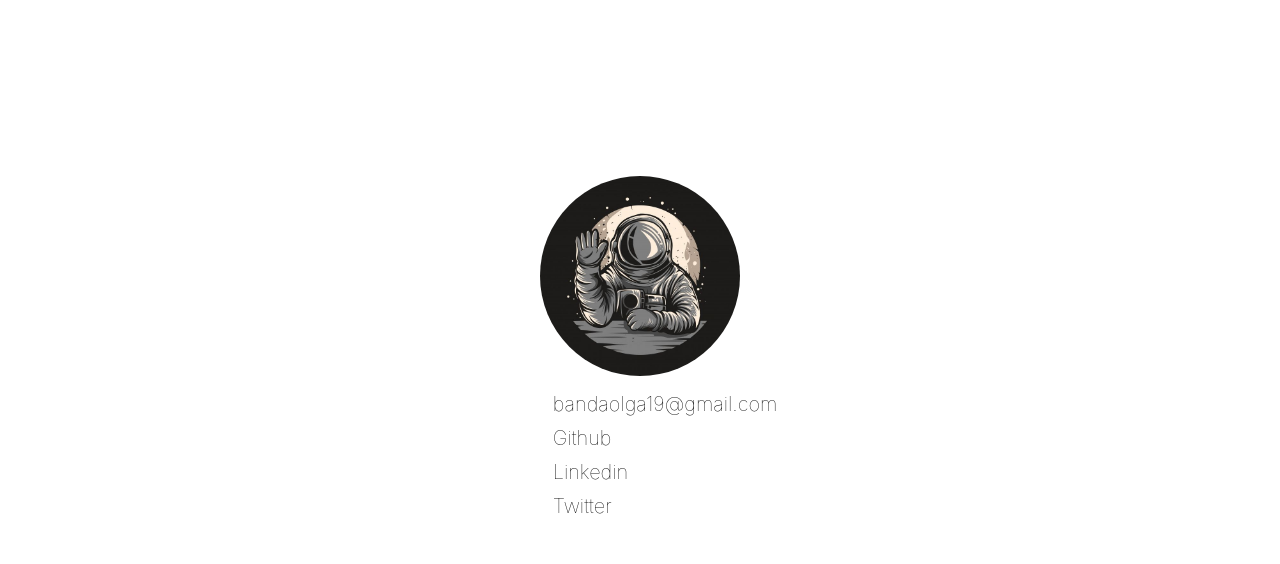
Repository: G1ft-Banda/My-portfolio-Website
Page: /
These files come from the project's save history. The page is drawn as it stood at one moment and after the next save; the edit follows.
The browser window is 1280 px wide. The pictures show the whole page.
The project was rebuilt for these pictures with package versions that can differ from the ones it lists, and the page was loaded fresh each time. The framework's server and built-in components were replaced by stand-ins that run in the browser. Also part of the build but not shown: next.config.js.

Above is the page before, as saved 2022-09-29 11:03:03.

### pages/_app.js
import "../styles/globals.css";
import Head from "next/head";

function MyApp({ Component, pageProps }) {
  return (
    <>
      <Head>
        <script
          src="https://kit.fontawesome.com/d14a45b8f3.js"
          crossorigin="anonymous"
        ></script>
      </Head>
      <Component {...pageProps} />
    </>
  );
}

export default MyApp;

### pages/index.js
import Head from "next/head";
import Image from "next/image";

export default function Home() {
  return (
    <div>
      <Head>
        <title>Create Next App</title>
        <meta name="description" content="Generated by create next app" />
        <link rel="icon" href="/favicon.ico" />
      </Head>
      <main>
        <img className="avatar" src="/astronaut.jpg" width={200} height={200} />
        <ul>
          <li className="social-links">
            <i class="fa-solid fa-envelope"></i>
            <a href="#">bandaolga19@gmail.com</a>
          </li>
          <li className="social-links">
            <i class="fa-brands fa-github"></i>
            <a href="#">Github</a>
          </li>
          <li className="social-links">
            <i class="fa-brands fa-linkedin"></i>
            <a href="#">Linkedin</a>
          </li>
          <li className="social-links">
            <i class="fa-brands fa-twitter"></i>
            <a href="#">Twitter</a>
          </li>
        </ul>
      </main>
    </div>
  );
}

### styles/globals.css
html,
body {
  padding: 0;
  margin: 0;
  font-family: -apple-system, BlinkMacSystemFont, Segoe UI, Roboto, Oxygen,
    Ubuntu, Cantarell, Fira Sans, Droid Sans, Helvetica Neue, sans-serif;
}

a {
  color: inherit;
  text-decoration: none;
}

* {
  box-sizing: border-box;
}

main {
  min-width: 100vw;
  min-height: 100vh;
  display: grid;
  place-content: center;
}

.avatar {
  border-radius: 50%;
  max-width: fit-content;
  margin: auto;
}

.social-links {
  text-decoration: none;
  font-size: 20px;
  display: flex;
  gap: 10px;
  align-items: center;
  font-weight: 100;
  padding-bottom: 10px;
}

.social-links > i {
  font-size: 25px;
}

.social-links > a:hover {
  text-decoration: underline;
}

@media (prefers-color-scheme: dark) {
  html {
    color-scheme: dark;
  }
  body {
    color: white;
    background: black;
  }
}

After the next save:
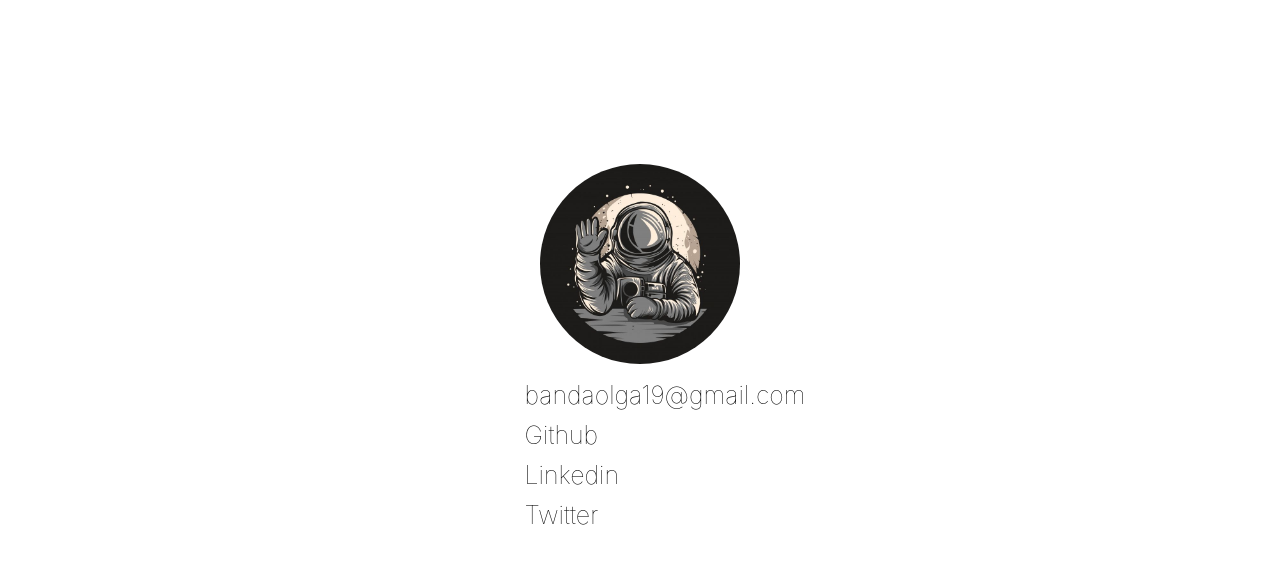
Saved 11 s later.
--- a/styles/globals.css
+++ b/styles/globals.css
@@ -30,7 +30,7 @@ main {
 
 .social-links {
   text-decoration: none;
-  font-size: 20px;
+  font-size: 25px;
   display: flex;
   gap: 10px;
   align-items: center;
